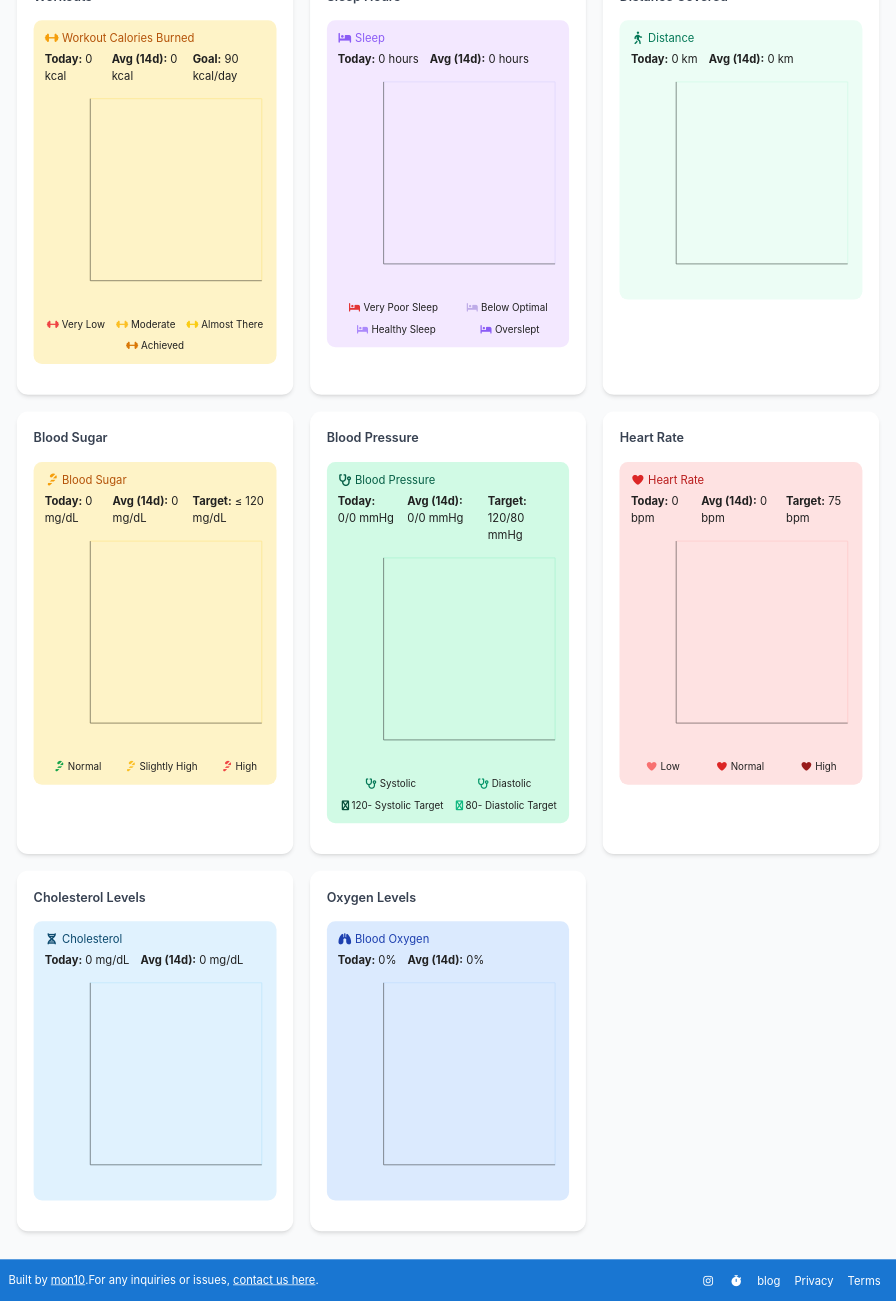
Repository: bhumikamourya/health-monitoring-application
Page: /dashboard (app in frontend/)
These files come from the project's save history. The page is drawn as it stood at one moment and after the next save; the edit follows.
The browser window is 1280 px wide. The pictures show the part of the page from y = 890 to 2810 px (the page is 2749 px tall before and 2810 px after), at 70% of full size.
The page's requests for data from a server got no answer. Some web libraries are served in a nearby version. The project was rebuilt for these pictures with package versions that can differ from the ones it lists, and the page was loaded fresh each time. No one was signed in, and anything a server would have sent is missing. Also part of the build but not shown: frontend/src/components/Home/particleBackground.js, frontend/src/components/Home/Component1.js, frontend/src/components/Home/Component2.js, frontend/src/components/Home/Component3.js, frontend/src/components/Home/Component4.js, frontend/src/components/Home/HomePage.js, frontend/src/components/Blog/Component1.js, frontend/src/components/Blog/Component2.js and 16 more.

Above is the page before, as saved 2025-10-14 19:30:19.

After the next save:
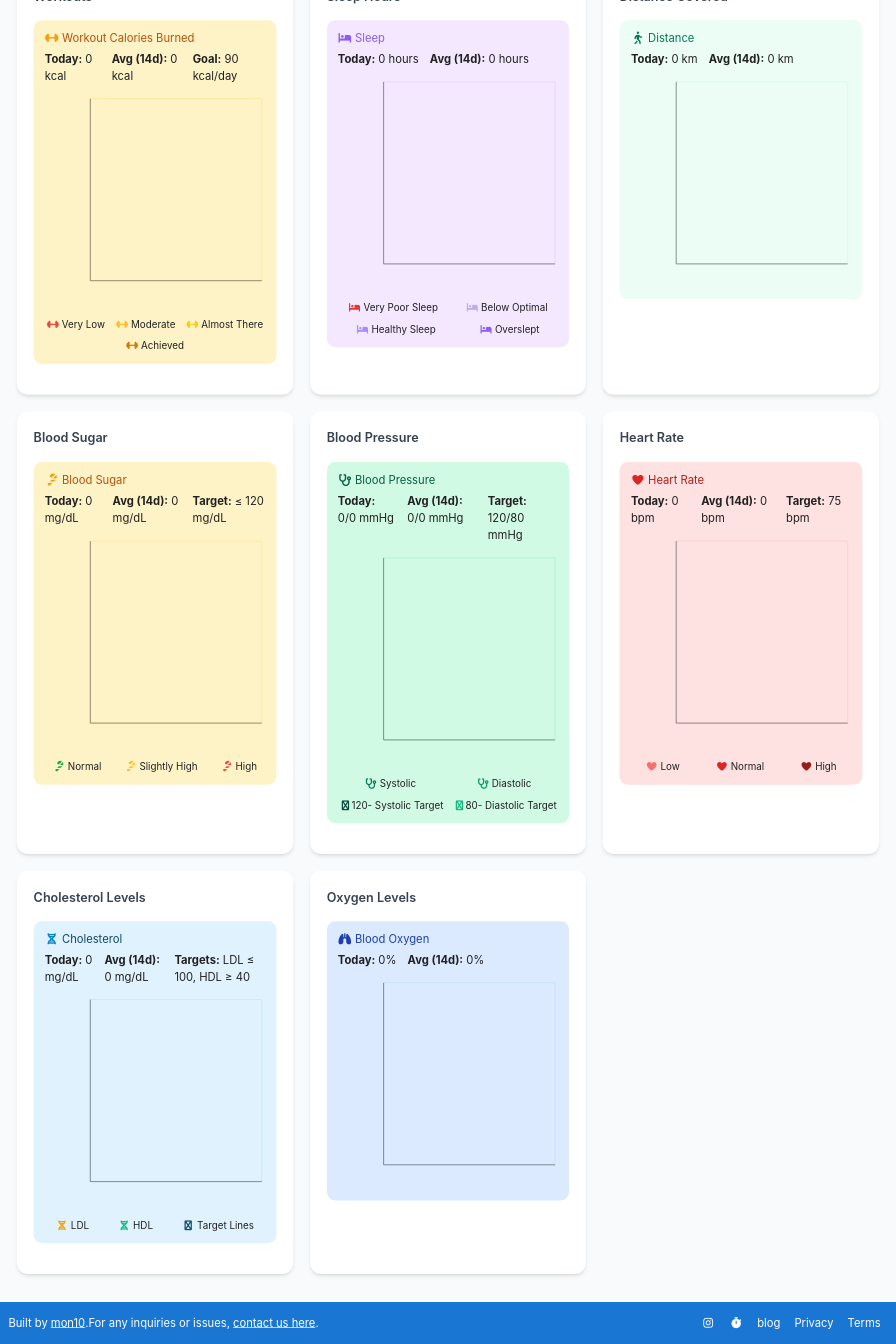
Saved 65 s later.
--- a/frontend/src/components/Charts/MedicalCharts.js
+++ b/frontend/src/components/Charts/MedicalCharts.js
@@ -235,12 +235,25 @@ function CholesterolChart({ days = 7, ldlTarget = 100, hdlTarget = 40 }) {
   const { data, todayTotal, avg } = useCholesterolChartData(days);
 
   return (
-    <div style={{ maxWidth: 700, margin: "20px auto", background: "#e0f2fe", borderRadius: 12, padding: 16 }}>
-      <h2 style={{ marginBottom: 8, color: "#0c4a6e" }}><i class="fa-solid fa-dna"></i> Cholesterol</h2>
+    <div
+      style={{
+        maxWidth: 700,
+        margin: "20px auto",
+        background: "#e0f2fe",
+        borderRadius: 12,
+        padding: 16
+      }}
+    >
+      <h2 style={{ marginBottom: 8, color: "#0c4a6e" }}>
+        <i className="fa-solid fa-dna" style={{ color: "#0284c7" }}></i> Cholesterol
+      </h2>
+
       <div style={{ display: "flex", gap: 16, marginBottom: 16 }}>
         <div><b>Today:</b> {todayTotal} mg/dL</div>
         <div><b>Avg ({days}d):</b> {avg} mg/dL</div>
-      </div>
+        <div><b>Targets:</b> LDL ≤ {ldlTarget}, HDL ≥ {hdlTarget}</div>
+      </div>
+
       <div style={{ width: "100%", height: 300 }}>
         <ResponsiveContainer>
           <BarChart data={data}>
@@ -250,16 +263,32 @@ function CholesterolChart({ days = 7, ldlTarget = 100, hdlTarget = 40 }) {
             <Tooltip content={<CustomTooltip unit="mg/dL" />} />
             <Bar dataKey="ldl" fill="#f59e0b" />
             <Bar dataKey="hdl" fill="#10b981" />
-            {/* <Bar dataKey="total" fill="#0284c7" /> */}
+            {/* Reference Lines */}
             <Line type="monotone" dataKey={() => ldlTarget} stroke="#0c4a6e" strokeWidth={2} dot={false} />
             <Line type="monotone" dataKey={() => hdlTarget} stroke="#0c4a6e" strokeWidth={2} dot={false} />
-
-          </BarChart>
-        </ResponsiveContainer>
-      </div>
-    </div>
-  );
-}
+          </BarChart>
+        </ResponsiveContainer>
+      </div>
+
+      {/* 👇 Color Legend Section */}
+      <div
+        style={{
+          marginTop: 16,
+          display: "flex",
+          justifyContent: "space-around",
+          flexWrap: "wrap",
+          gap: 10,
+          fontSize: 14
+        }}
+      >
+        <div><i style={{ color: "#f59e0b" }} className="fa-solid fa-dna"></i> LDL</div>
+        <div><i style={{ color: "#10b981" }} className="fa-solid fa-dna"></i> HDL</div>
+        <div><i style={{ color: "#0c4a6e" }} className="fa-solid fa-line"></i> Target Lines</div>
+      </div>
+    </div>
+  );
+}
+
 
 // Oxygen Chart
 function OxygenChart({ days = 7, target = 95 }) {
